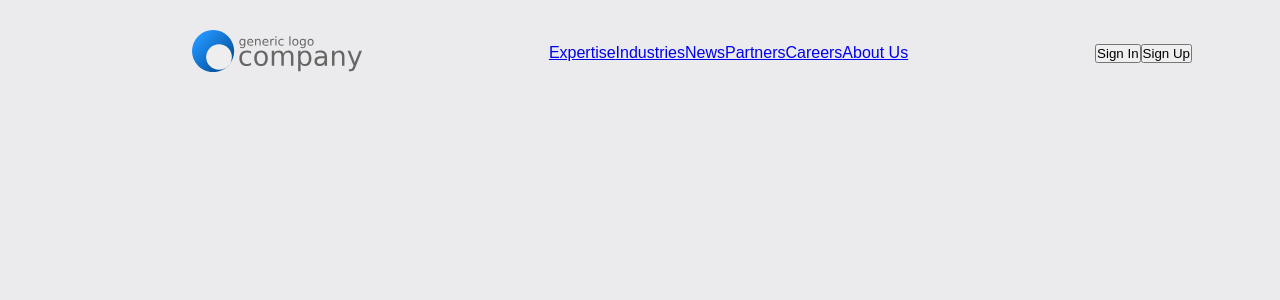
Repository: Andriy-Ma/widgetTask
Page: /
The author's editor kept a copy of each file at every save. The page is drawn from the files as they stood at one save, then again after the next save.
The browser window is 1280 px wide. The pictures show the whole page.
The project was rebuilt for these pictures with package versions that can differ from the ones it lists, and the page was loaded fresh each time.

Above is the page before, as saved 2022-08-29 16:39:45.

After the next save:
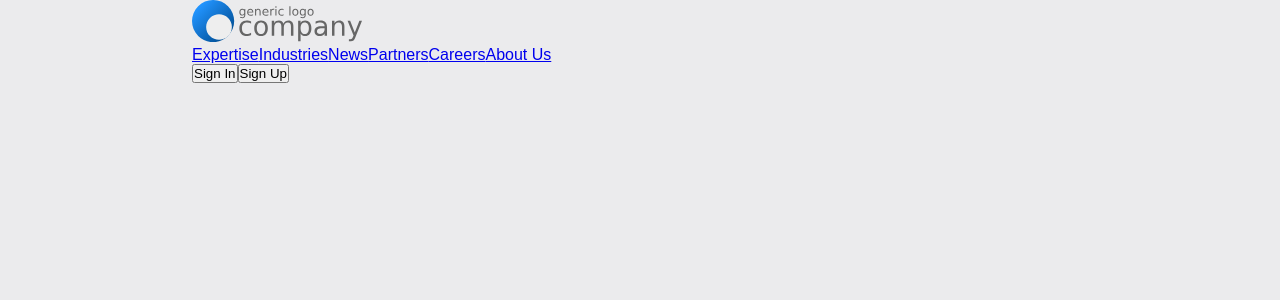
Saved 43 s later.
--- a/src/components/Header/header.module.css
+++ b/src/components/Header/header.module.css
@@ -2,7 +2,7 @@
     display: block;
     width: 170px;
 }
-.nameOfMenu {
+.header {
     display: flex;
     justify-content: space-between;
     align-items: center;

After the save that followed:
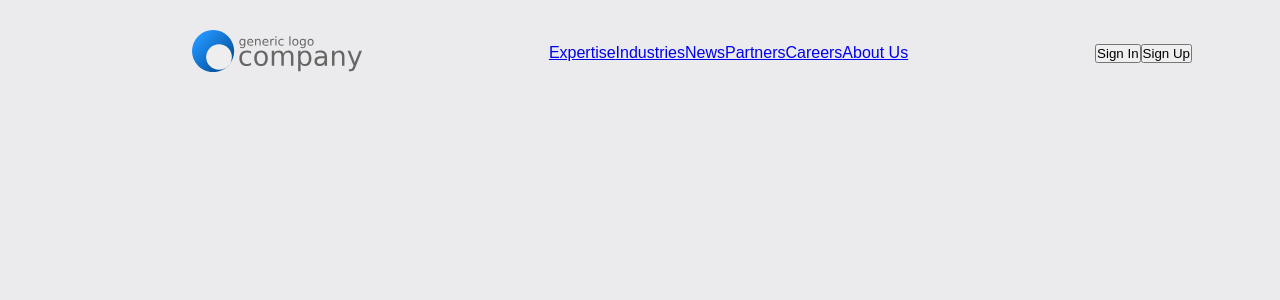
Saved 5 s later.
--- a/src/components/Header/header.jsx
+++ b/src/components/Header/header.jsx
@@ -4,7 +4,7 @@ import styles from './header.module.css';
 
 function Header() {
   return (
-    <div className={styles.nameOfMenu} id="myTopnav">
+    <div className={styles.header} id="myTopnav">
         <div className={styles.logo}>
           <a href="#home">
             <Icon/>
